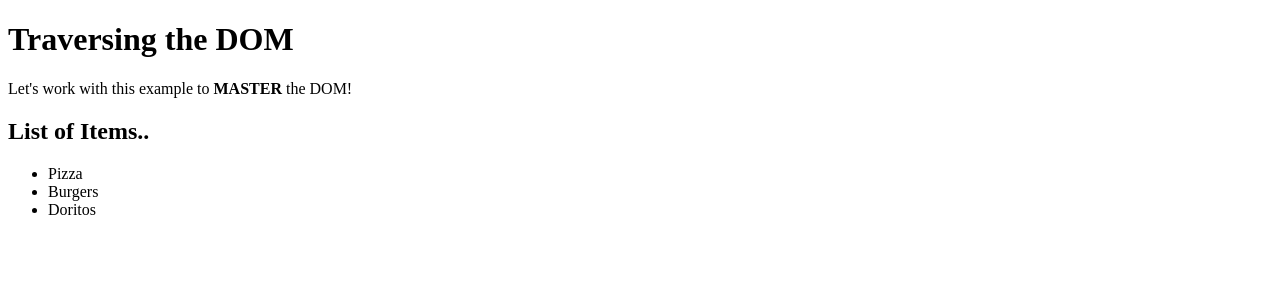
Repository: glgeorgiou/100-days-of-code-projects
Page: DOM Testing/2.html
An editor plug-in stored every save of this project. The page is shown before and after the next save, followed by the edit.
The browser window is 1280 px wide. The pictures show the whole page.

Above is the page before, as saved 2020-04-14 15:31:52.

### DOM Testing/2.html
<!DOCTYPE html>
<html>
<head>
  <title>Traversing the DOM</title>
</head>
<body>
  <h1>Traversing the DOM</h1>
  <p>Let's work with this example to <strong>MASTER</strong> the DOM!</p>
  <h2>List of Items..</h2>
  <ul>
    <li>Pizza</li>
    <li>Burgers</li>
    <li>Doritos</li>
  </ul>
</body>
<script src="2.js"></script>
</html>

### DOM Testing/2.js
const h1 = document.getElementsByTagName('h1')[0];
const p = document.getElementsByTagName('p')[0];
const ul = document.getElementsByTagName('ul')[0];

//Parent node
console.log('Parent Node of h1 ')
console.log(h1.parentNode)

console.log('Parent Node of parent node of h1 ')
console.log(h1.parentNode.parentNode)


//Child nodes
console.log('Child Nodes of ul ')
console.log(ul.childNodes)

After the next save:
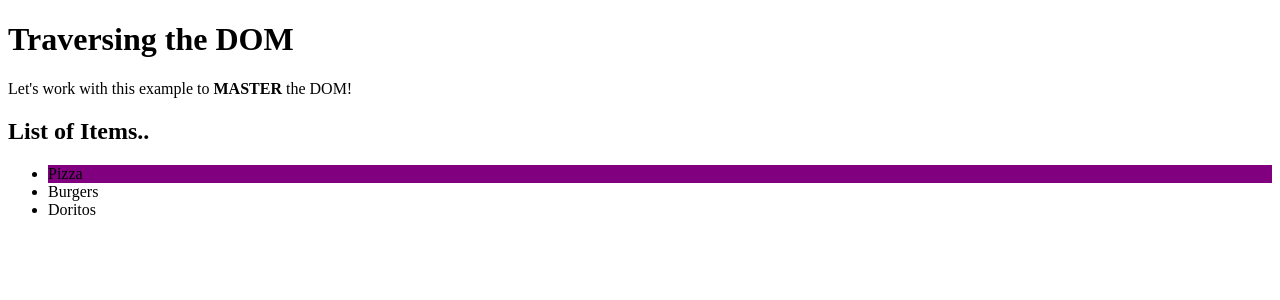
Saved 6 min 19 s later.
--- a/DOM Testing/2.js
+++ b/DOM Testing/2.js
@@ -13,3 +13,9 @@
 //Child nodes
 console.log('Child Nodes of ul ')
 console.log(ul.childNodes)
+
+
+//Child elements of ul
+ul.firstElementChild.style.background = 'purple'
+//or
+ul.children[0].style.background = 'purple'
